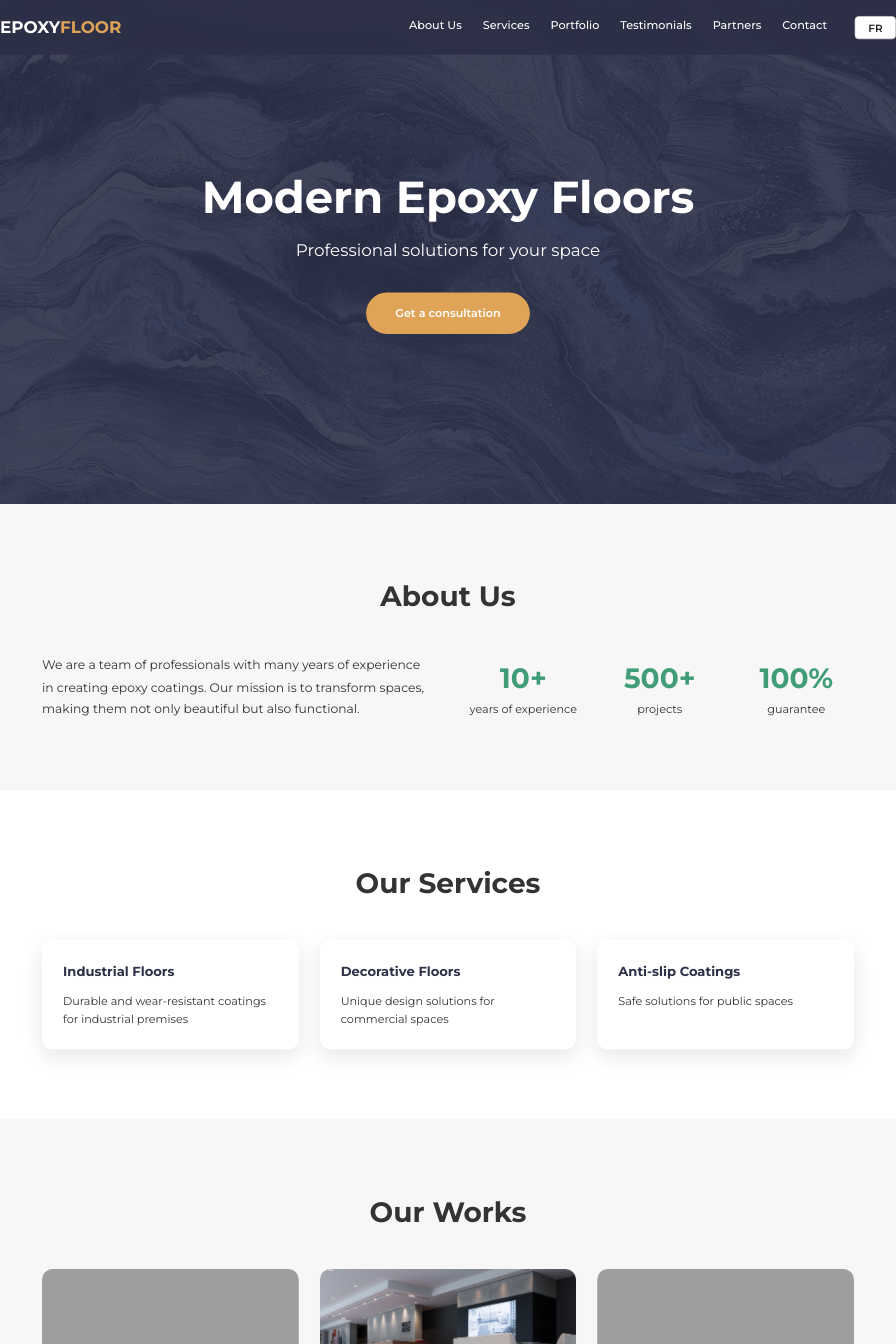
Repository: kerni-ca/kerni-ca
Page: index.html
These files come from the project's save history. The page is drawn as it stood at one moment and after the next save; the edit follows.
The browser window is 1280 px wide. The pictures show the part of the page from y = 0 to 1920 px (the page is 4210 px tall before and 4273 px after), at 70% of full size.
Pictures or frames that could not be fetched are drawn as grey boxes. Backgrounds fixed to the window are drawn as part of the page.

Above is the page before, as saved 2025-07-04 13:08:00.

After the next save:
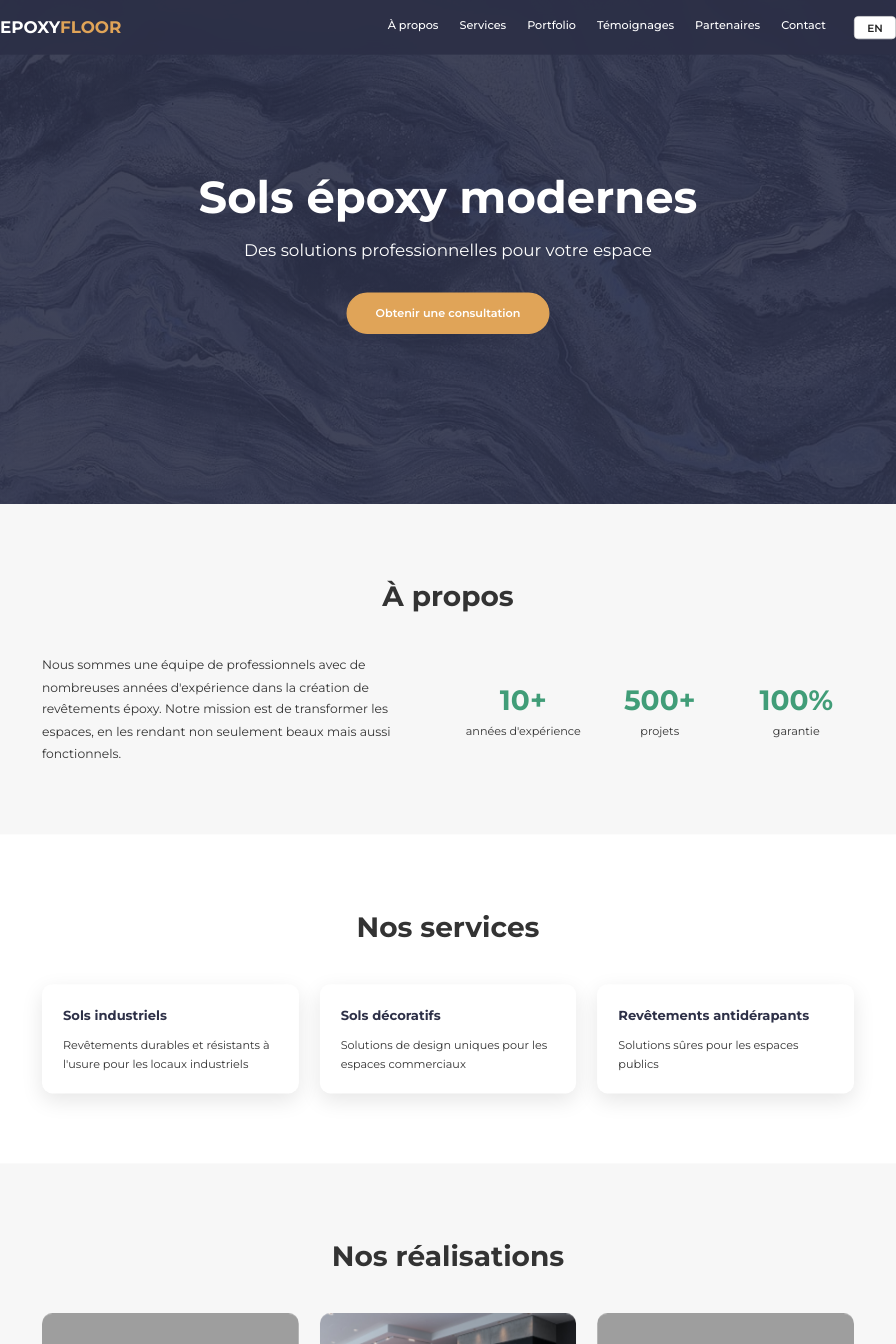
Saved 43 s later.
--- a/index.html
+++ b/index.html
@@ -11,15 +11,17 @@
     <link rel="preconnect" href="https://fonts.gstatic.com" crossorigin>
     <link href="https://fonts.googleapis.com/css2?family=Montserrat:wght@400;500;600;700&display=swap" rel="stylesheet">
     <script>
-      let currentLang = localStorage.getItem('lang') || 'en';
+      function getCurrentLang() {
+        return localStorage.getItem('lang') || 'fr';
+      }
       function setLang(lang) {
         localStorage.setItem('lang', lang);
-        currentLang = lang;
         loadLang();
         renderLangSwitch();
       }
       async function loadLang() {
-        const res = await fetch(currentLang + '.json');
+        const lang = getCurrentLang();
+        const res = await fetch(lang + '.json');
         const dict = await res.json();
         for (const [key, value] of Object.entries(dict)) {
           const el = document.querySelectorAll('[data-i18n="' + key + '"]');
@@ -33,7 +35,7 @@
         }
       }
       function renderLangSwitch() {
-        const lang = localStorage.getItem('lang') || 'en';
+        const lang = getCurrentLang();
         const nextLang = lang === 'en' ? 'fr' : 'en';
         const btn = document.getElementById('lang-switch');
         if (btn) {
